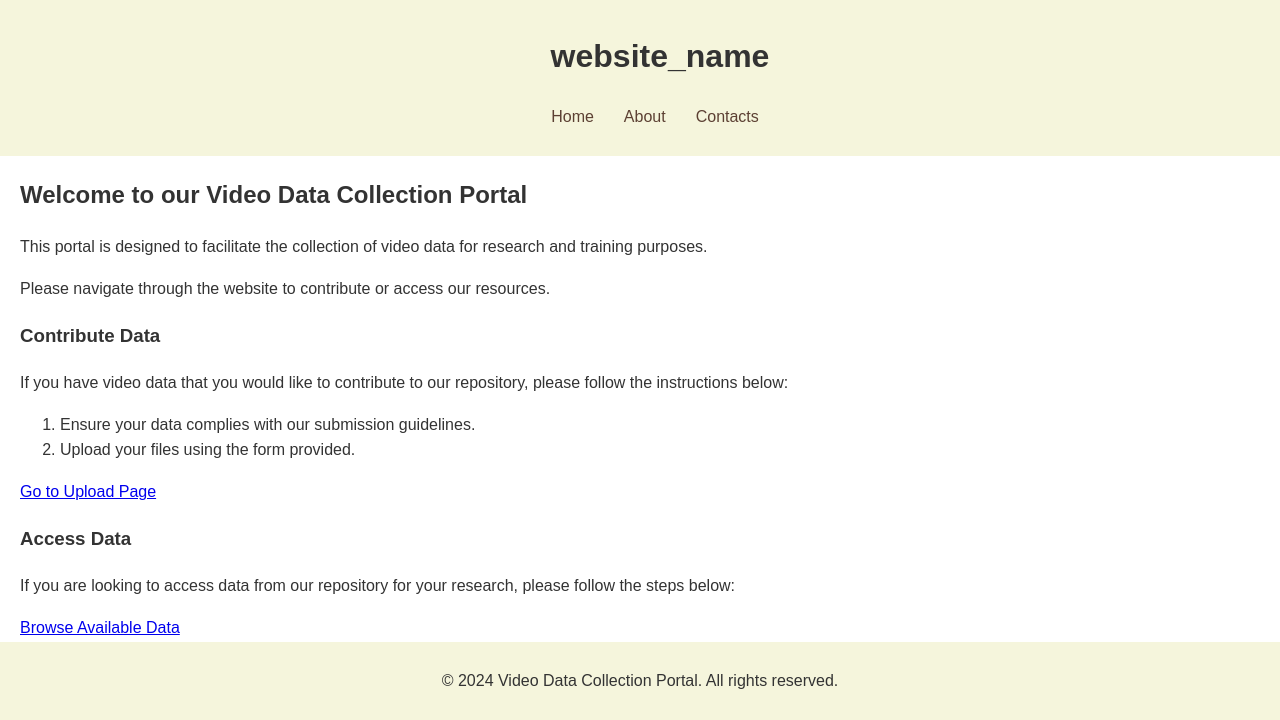
Repository: Oren93/sign_lang_data
Page: / (app in frontend/sign-lang-ui/)
These files come from the project's save history. The page is drawn as it stood at one moment and after the next save; the edit follows.
The browser window is 1280 px wide. The pictures show the whole page.
The project was rebuilt for these pictures with package versions that can differ from the ones it lists, and the page was loaded fresh each time. Also part of the build but not shown: frontend/sign-lang-ui/vite.config.ts, frontend/sign-lang-ui/src/pages/About.tsx, frontend/sign-lang-ui/src/pages/Contact.tsx, frontend/sign-lang-ui/src/pages/Upload.module.css, frontend/sign-lang-ui/src/pages/Upload.tsx, frontend/sign-lang-ui/src/pages/Record.module.css, frontend/sign-lang-ui/src/pages/Record.tsx, frontend/sign-lang-ui/src/pages/ThankYou.tsx.

Above is the page before, as saved 2024-06-10 15:42:36.

After the next save:
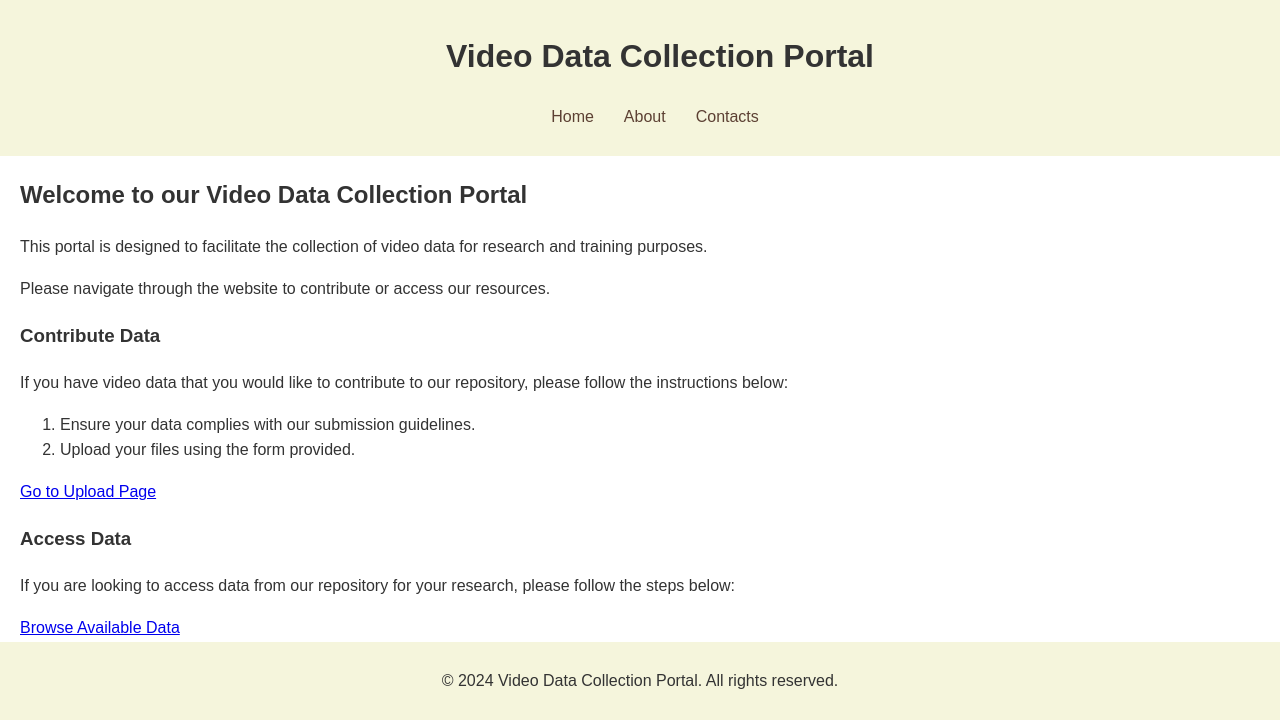
Saved 1 s later.
--- a/frontend/sign-lang-ui/src/locales/en/translation.json
+++ b/frontend/sign-lang-ui/src/locales/en/translation.json
@@ -48,6 +48,8 @@
 
     "rights": "2024 Video Data Collection Portal. All rights reserved.",
 
+
+    "website_name": "Video Data Collection Portal",
     "home_button": "Home",
     "about_button": "About",
     "contact_button": "Contacts"
